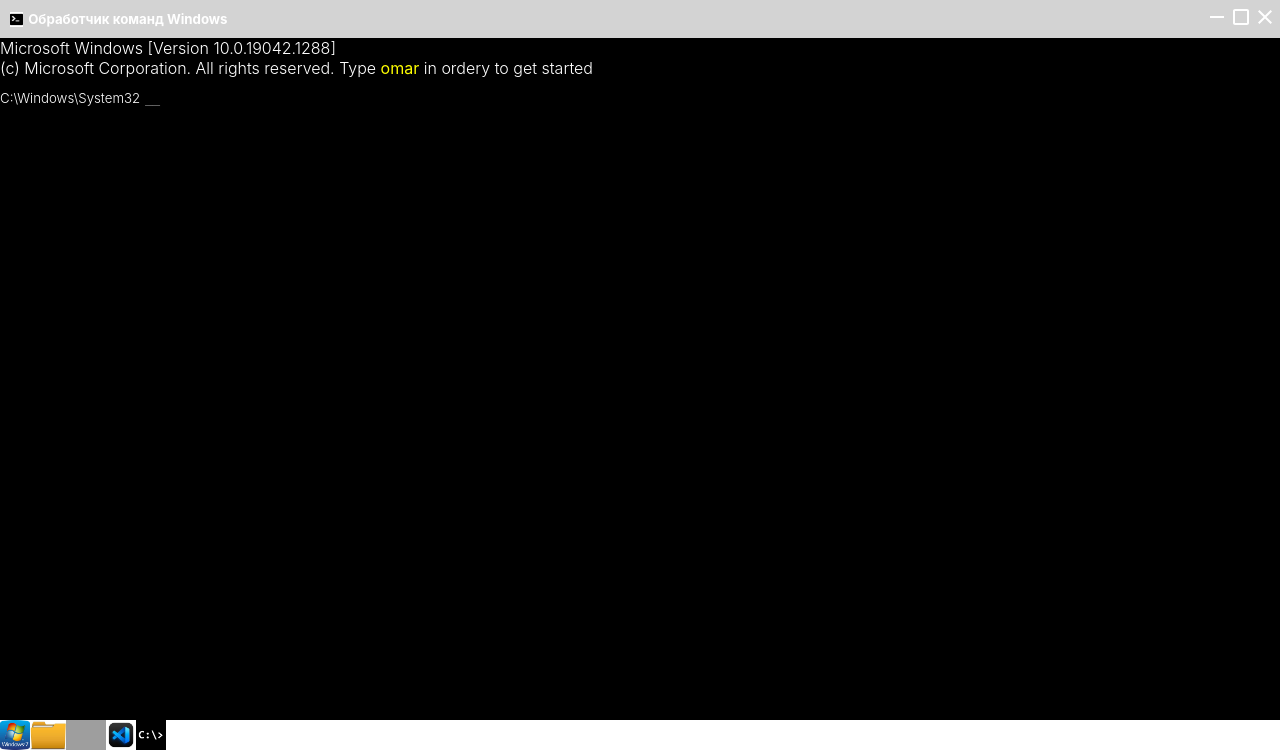
Repository: om1ars/cmd-port
Page: /
An editor plug-in stored every save of this project. The page is shown before and after the next save, followed by the edit.
The browser window is 1280 px wide. The pictures show the whole page.
Pictures or frames that could not be fetched are drawn as grey boxes. The project was rebuilt for these pictures with package versions that can differ from the ones it lists, and the page was loaded fresh each time.

Above is the page before, as saved 2021-11-04 17:02:57.

After the next save:
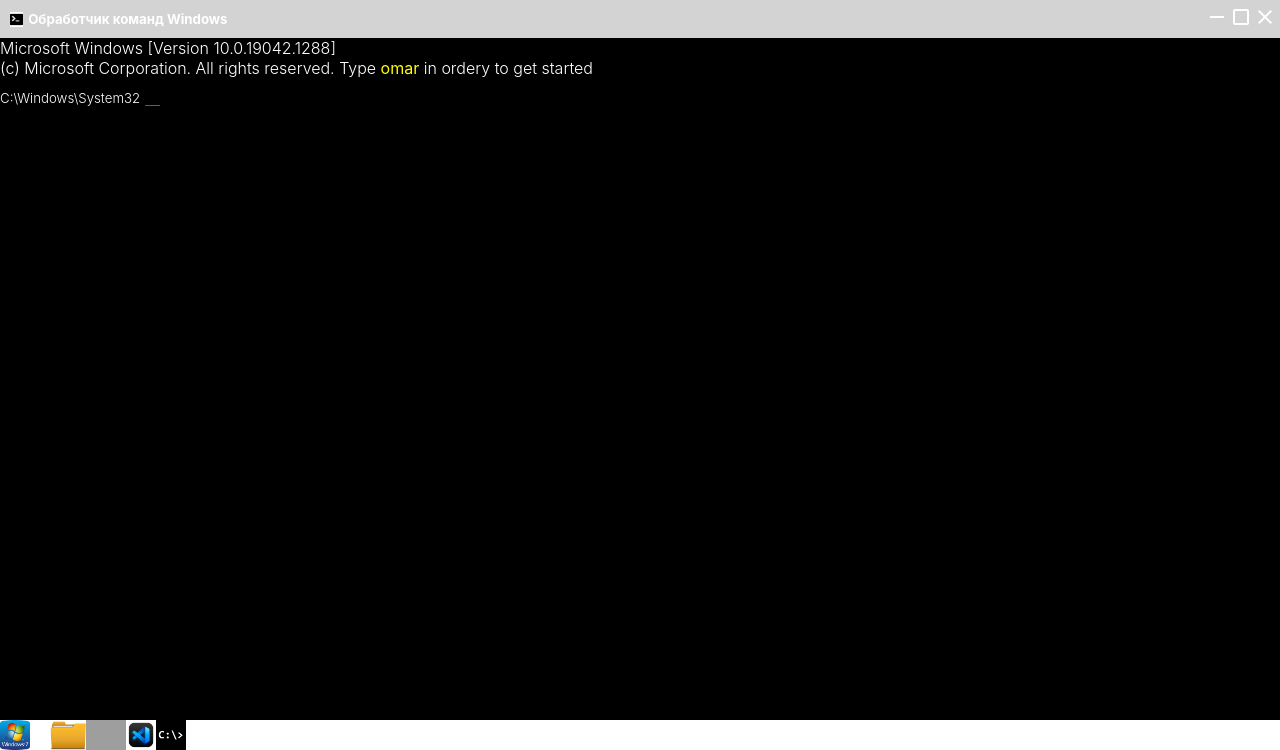
Saved 10 s later.
--- a/src/styles.css
+++ b/src/styles.css
@@ -97,3 +97,6 @@
   height: 30px;
   object-fit: contain;
 }
+.windows {
+  margin-right: 20px;
+}
